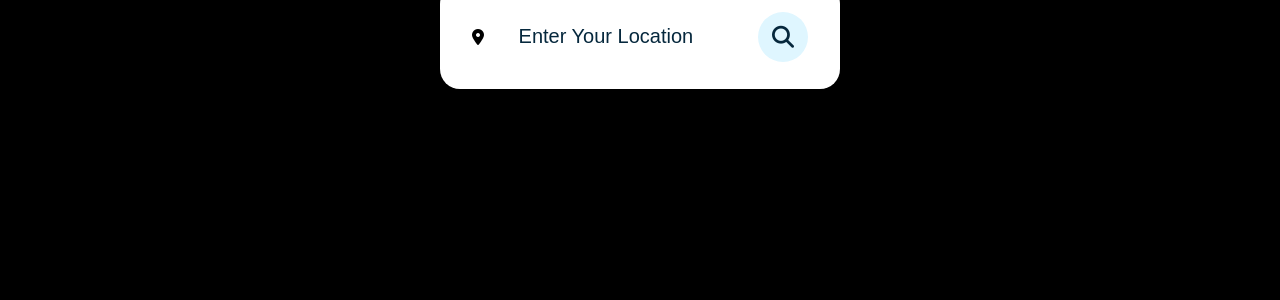
Repository: Pr1s0n3r627/weather
Page: index.html
The author's editor kept a copy of each file at every save. The page is drawn from the files as they stood at one save, then again after the next save.
The browser window is 1280 px wide. The pictures show the whole page.
Some web libraries are served in a nearby version.

Above is the page before, as saved 2024-05-18 23:06:00.
Not found: index.js

### index.html
<!DOCTYPE html>
<html lang="en">

<head>
    <meta charset="UTF-8">
    <meta http-equiv="X-UA-Compatible" content="IE=edge">
    <meta name="viewport" content="width=device-width, initial-scale=1.0">
    <link
        href="https://fonts.googleapis.com/css2?family=Poppins:wght@300;400;500;600;700;800;900&family=Roboto:wght@300;400;500;700;900&display=swap"
        rel="stylesheet">
    <link rel="stylesheet" href="style.css">
    <title>Day #10 - Weather App | AsmrProg</title>
</head>

<body>

    <div class="container">
        <div class="search-box">
            <i class="fa-solid fa-location-dot"></i>
            <input type="text" placeholder="Enter your location">
            <button class="fa-solid fa-magnifying-glass"></button>
        </div>

        <div class="not-found">
            <img src="not-found.png">
            <p>Oops! Invalid location :/</p>
        </div>

        <div class="weather-box">
            <img src="">
            <p class="temperature"></p>
            <p class="description"></p>
        </div>

        <div class="weather-details">
            <div class="humidity">
                <i class="fa-solid fa-water"></i>
                <div class="text">
                    <span></span>
                    <p>Humidity</p>
                </div>
            </div>
            <div class="wind">
                <i class="fa-solid fa-wind"></i>
                <div class="text">
                    <span></span>
                    <p>Wind Speed</p>
                </div>
            </div>
        </div>

    </div>

    <script src="https://kit.fontawesome.com/7c8801c017.js" crossorigin="anonymous"></script>
    <script src="index.js"></script>
</body>

</html>

### style.css
*{
    margin: 0;
    padding: 0;
    border: 0;
    outline: none;
    box-sizing: border-box;
}

body{
    height: 10vh;
    display: flex;
    align-items: center;
    justify-content: center;
    background: #000;
}

.container{
    position: relative;
    width: 400px;
    height: 105px;
    background: #fff;
    padding: 28px 32px;
    overflow: hidden;
    border-radius: 20px;
    font-family: 'Poppins', sans-serif;
    transition: 0.6s;
}

.search-box{
    width: 100%;
    height: min-content;
    display: flex;
    align-items: center;
    justify-content: space-between
}

.search-box input{
    color: #333;
    width: 80%;
    font-size: 20px;
    font-weight: 500;
    text-transform: inherit;
    padding-left: 32px;
}

.search-box input::placeholder{
    font-size: 20px;
    font-weight: 500;
    color: #06283d;
    text-transform: capitalize;
}

.search-box button{
    cursor: pointer;
    width: 50px;
    height: 50px;
    color: #06283d;
    background: #dff6ff;
    border-radius: 50%;
    font-size: 22px;
    transition: 0.4s ease;
}

.search-box button:hover{
    background: #000000;
    color: #fff;
}

After the next save:
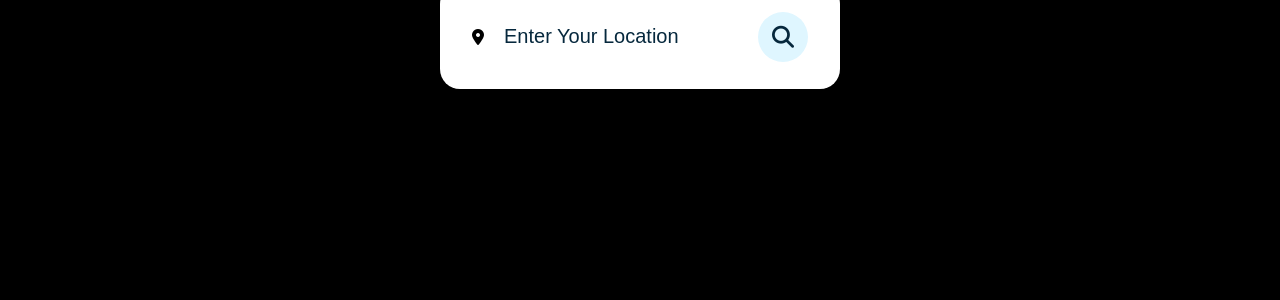
Saved 13 min 4 s later.
--- a/style.css
+++ b/style.css
@@ -65,3 +65,8 @@ body{
     background: #000000;
     color: #fff;
 }
+
+.search-box i{
+    position: absolute;
+
+}
